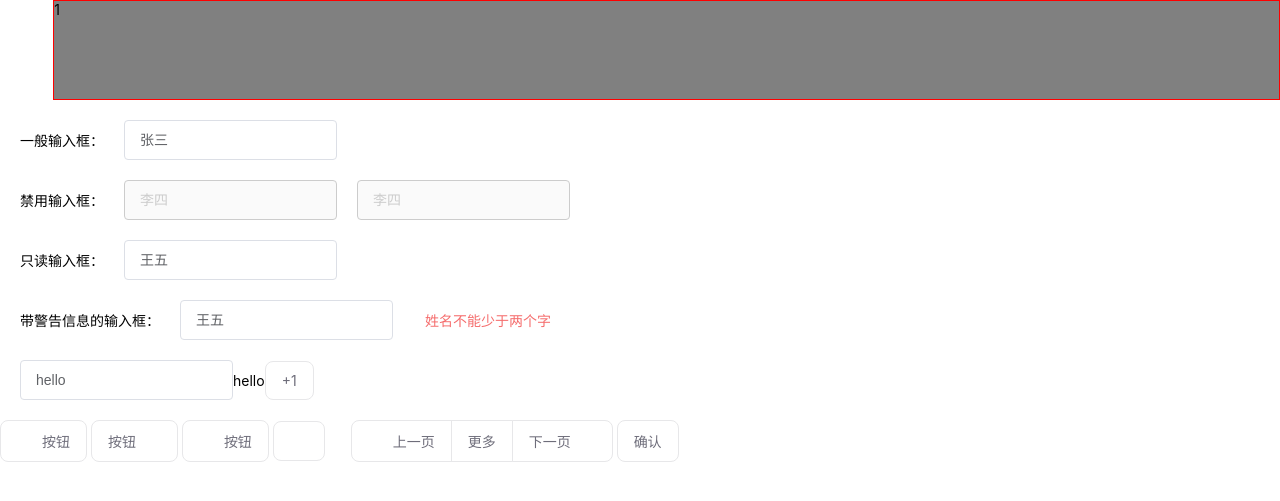
Repository: NansenHo/yellow-ui
Page: /
The author's editor kept a copy of each file at every save. The page is drawn from the files as they stood at one save, then again after the next save.
The browser window is 1280 px wide. The pictures show the whole page.
The project was rebuilt for these pictures with package versions that can differ from the ones it lists, and the page was loaded fresh each time. Also part of the build but not shown: src/svg.js.

Above is the page before, as saved 2022-01-02 12:25:12.

After the next save:
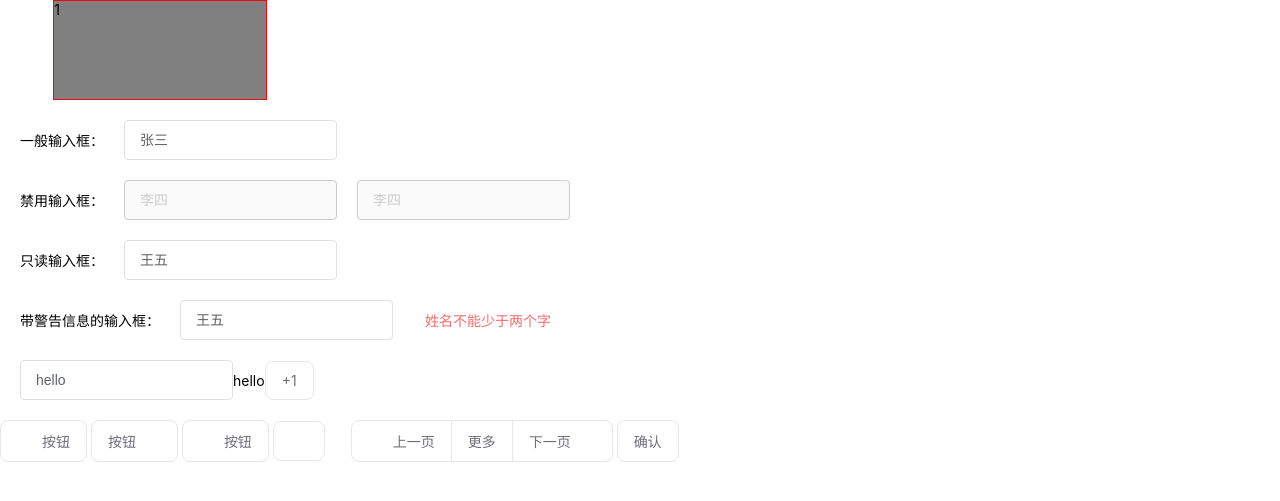
Saved 38 s later.
--- a/src/y-col.vue
+++ b/src/y-col.vue
@@ -64,26 +64,22 @@ export default {
         }
         let array = [];
         if (obj.span) {
-          if (!devices) {
-            array.push(`col-${obj.span}`);
-          } else {
-            array.push(`col-${devices}${obj.span}`);
-          }
+          array.push(`col-${devices}${obj.span}`);
         }
         if (obj.offset) {
           array.push(`offset-${devices}${obj.offset}`);
         }
         if (obj.align) {
-          array.push(`align-${devices}-${obj.align}`);
+          array.push(`align-${devices}${obj.align}`);
         }
         return array;
       };
       return [
         ...createClassName({ span, offset, align }),
-        ...createClassName(ipad, "ipad"),
-        ...createClassName(narrowPc, "narrowPc"),
-        ...createClassName(pc, "pc"),
-        ...createClassName(widePc, "widePc"),
+        ...createClassName(ipad, "ipad-"),
+        ...createClassName(narrowPc, "narrowPc-"),
+        ...createClassName(pc, "pc-"),
+        ...createClassName(widePc, "widePc-"),
       ];
     },
     colStyle: function () {

After the save that followed:
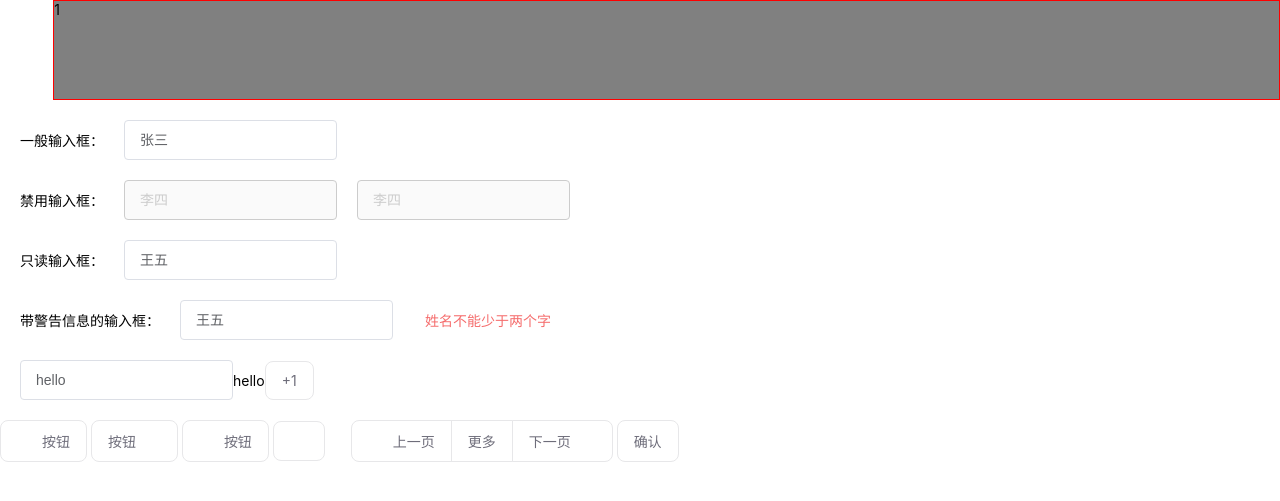
Saved 71 s later.
--- a/index.html
+++ b/index.html
@@ -58,9 +58,6 @@
           span="23"
           offset="1"
           :ipad="{span:'10', offset: '14'}"
-          :narrow-pc="{span: '8'}"
-          :pc="{span: '6'}"
-          :wide-pc="{span: '4'}"
           >1</y-col
         >
       </y-row>
